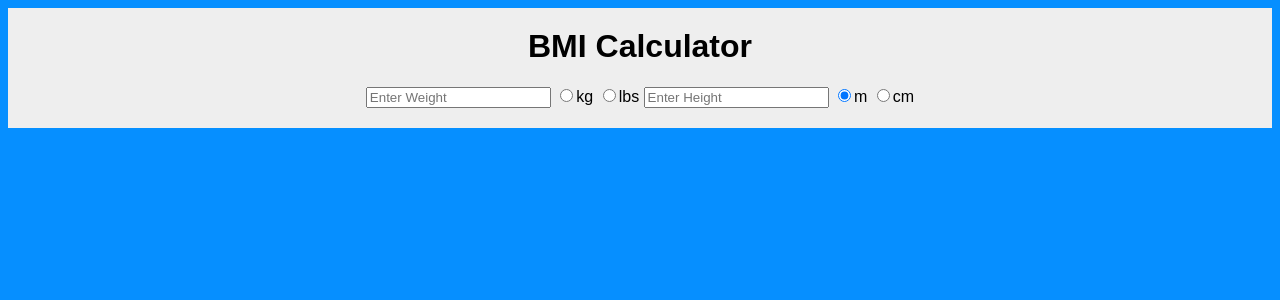
Repository: shayanabedi98/bmi-calculator
Page: index.html
An editor plug-in stored every save of this project. The page is shown before and after the next save, followed by the edit.
The browser window is 1280 px wide. The pictures show the whole page.

Above is the page before, as saved 2023-07-24 13:32:50.

After the next save:
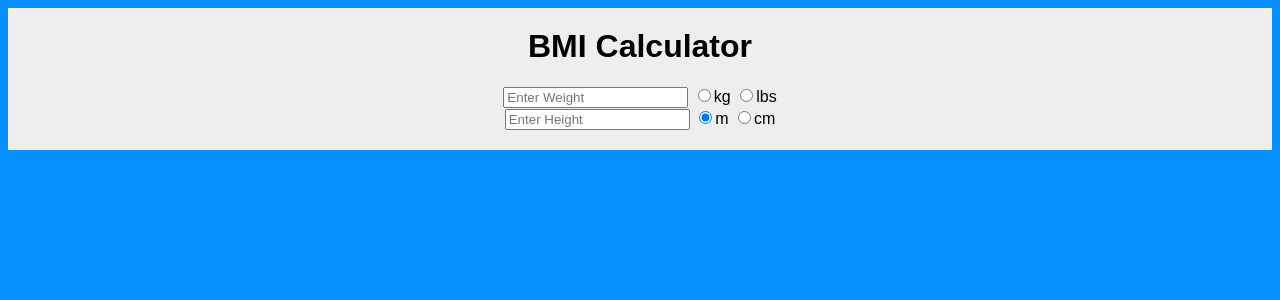
Saved 10 s later.
--- a/index.html
+++ b/index.html
@@ -10,10 +10,11 @@
     <div class="card">
         <div class="bmi-calculator">
             <h1>BMI Calculator</h1>
-            <div class="weight"></div>
-            <input type="number" placeholder="Enter Weight">
-            <input type="radio" name="weight" checked><span>kg</span>
-            <input type="radio" name="weight"><span>lbs</span>
+            <div class="weight">
+                <input type="number" placeholder="Enter Weight">
+                <input type="radio" name="weight" checked><span>kg</span>
+                <input type="radio" name="weight"><span>lbs</span>
+            </div>
             <input class="height" type="number" placeholder="Enter Height">
             <input type="radio" name="weight" checked><span>m</span>
             <input type="radio" name="weight"><span>cm</span>
